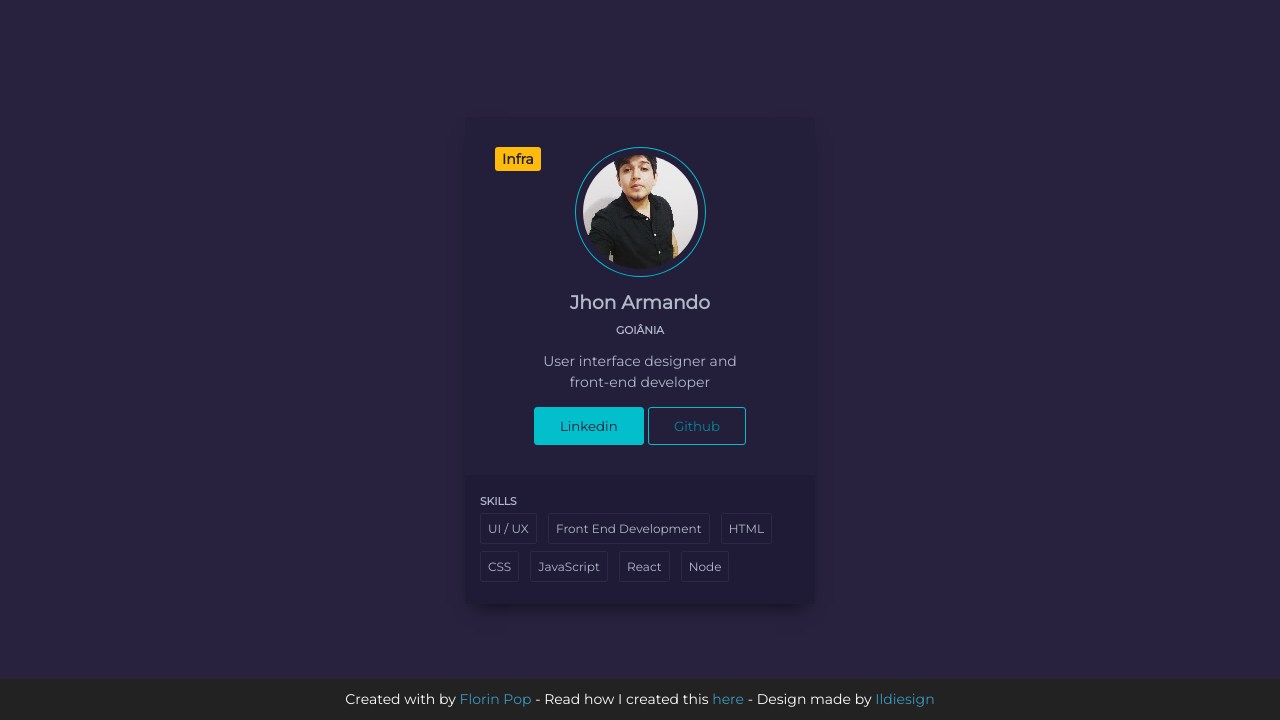
Repository: JhonMercedes/flip-card
Page: index.html
These files come from the project's save history. The page is drawn as it stood at one moment and after the next save; the edit follows.
The browser window is 1280 px wide. The pictures show the whole page.

Above is the page before, as saved 2021-12-03 16:23:34.

### index.html
<!DOCTYPE html>
<html lang="en">

<head>
    <meta charset="UTF-8">
    <meta http-equiv="X-UA-Compatible" content="IE=edge">
    <meta name="viewport" content="width=device-width, initial-scale=1.0">
    <link rel="stylesheet" href="style.css">
    <title>Document</title>
</head>

<body>

    <div class="card-container">
        <span class="pro">Infra</span>
        <img class="round" src="jhonarmando.jpeg" alt="user" />
        <h3>Jhon Armando</h3>
        <h6>Goiânia</h6>
        <p>User interface designer and <br /> front-end developer</p>
        <div class="buttons">
            <button class="primary">
                Linkedin
            </button>
            <button class="primary ghost">
                Github
            </button>
        </div>
        <div class="skills">
            <h6>Skills</h6>
            <ul>
                <li>UI / UX</li>
                <li>Front End Development</li>
                <li>HTML</li>
                <li>CSS</li>
                <li>JavaScript</li>
                <li>React</li>
                <li>Node</li>
            </ul>
        </div>
    </div>

    <footer>
        <p>
            Created with <i class="fa fa-heart"></i> by
            <a target="_blank" href="https://florin-pop.com">Florin Pop</a>
            - Read how I created this
            <a target="_blank" href="https://florin-pop.com/blog/2019/04/profile-card-design">here</a>
            - Design made by
            <a target="_blank" href="https://dribbble.com/shots/6276930-Profile-Card-UI-Design">Ildiesign</a>
        </p>
    </footer>
</body>

</html>

### style.css
@import url('https://fonts.googleapis.com/css?family=Montserrat');

*{
	box-sizing: border-box;
}

body {
	background-color: #28223F;
	font-family: Montserrat, sans-serif;

	display: flex;
	align-items: center;
	justify-content: center;
	flex-direction: column;

	min-height: 100vh;
	margin: 0;
}

h3 {
	margin: 10px 0;
}

h6 {
	margin: 5px 0;
	text-transform: uppercase;
}

p {
	font-size: 14px;
	line-height: 21px;
}

.card-container {
	background-color: #231E39;
	border-radius: 5px;
	box-shadow: 0px 10px 20px -10px rgba(0,0,0,0.75);
	color: #B3B8CD;
	padding-top: 30px;
	position: relative;
	width: 350px;
	max-width: 100%;
	text-align: center;
}

.card-container .pro {
	color: #231E39;
	background-color: #FEBB0B;
	border-radius: 3px;
	font-size: 14px;
	font-weight: bold;
	padding: 3px 7px;
	position: absolute;
	top: 30px;
	left: 30px;
}

.card-container .round {
	border: 1px solid #03BFCB;
	border-radius: 50%;
	padding: 7px;
}

button.primary {
	background-color: #03BFCB;
	border: 1px solid #03BFCB;
	border-radius: 3px;
	color: #231E39;
	font-family: Montserrat, sans-serif;
	font-weight: 500;
	padding: 10px 25px;
}

button.primary.ghost {
	background-color: transparent;
	color: #02899C;
}

.skills {
	background-color: #1F1A36;
	text-align: left;
	padding: 15px;
	margin-top: 30px;
}

.skills ul {
	list-style-type: none;
	margin: 0;
	padding: 0;
}

.skills ul li {
	border: 1px solid #2D2747;
	border-radius: 2px;
	display: inline-block;
	font-size: 12px;
	margin: 0 7px 7px 0;
	padding: 7px;
}

footer {
    background-color: #222;
    color: #fff;
    font-size: 14px;
    bottom: 0;
    position: fixed;
    left: 0;
    right: 0;
    text-align: center;
    z-index: 999;
}

footer p {
    margin: 10px 0;
}

footer i {
    color: red;
}

footer a {
    color: #3c97bf;
    text-decoration: none;
}

After the next save:
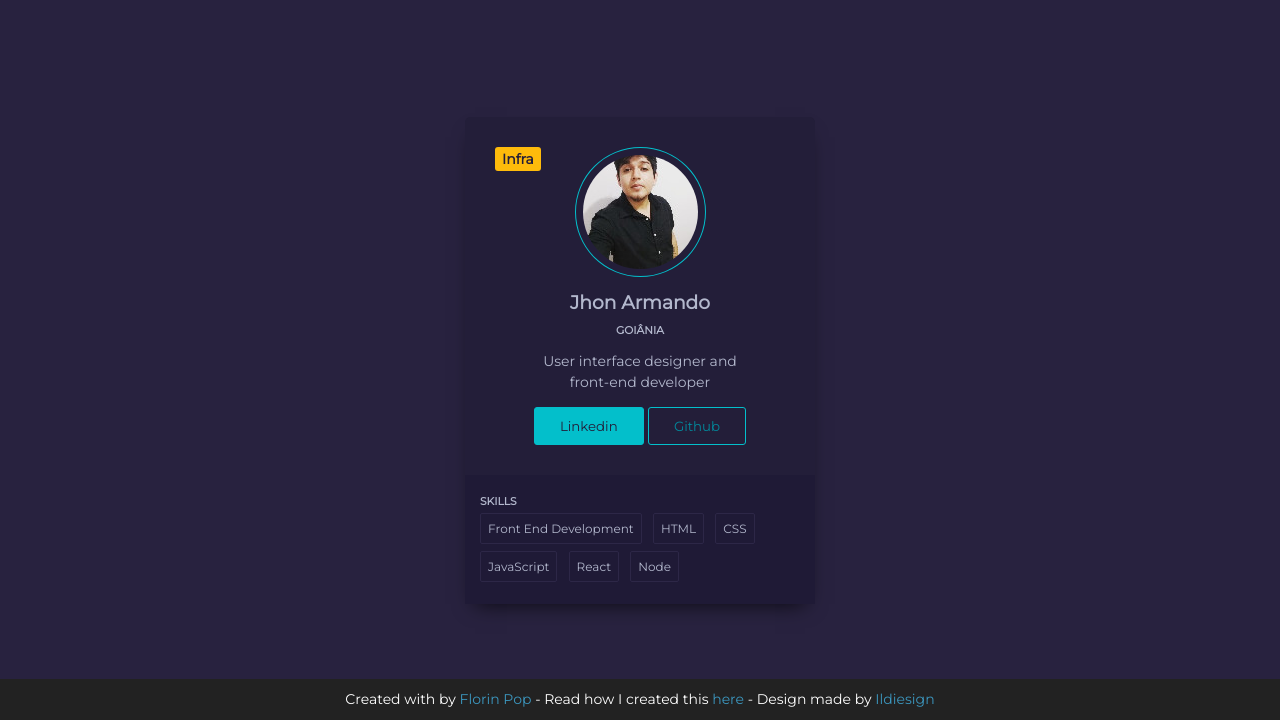
Saved 77 s later.
--- a/index.html
+++ b/index.html
@@ -28,7 +28,7 @@
         <div class="skills">
             <h6>Skills</h6>
             <ul>
-                <li>UI / UX</li>
+
                 <li>Front End Development</li>
                 <li>HTML</li>
                 <li>CSS</li>
